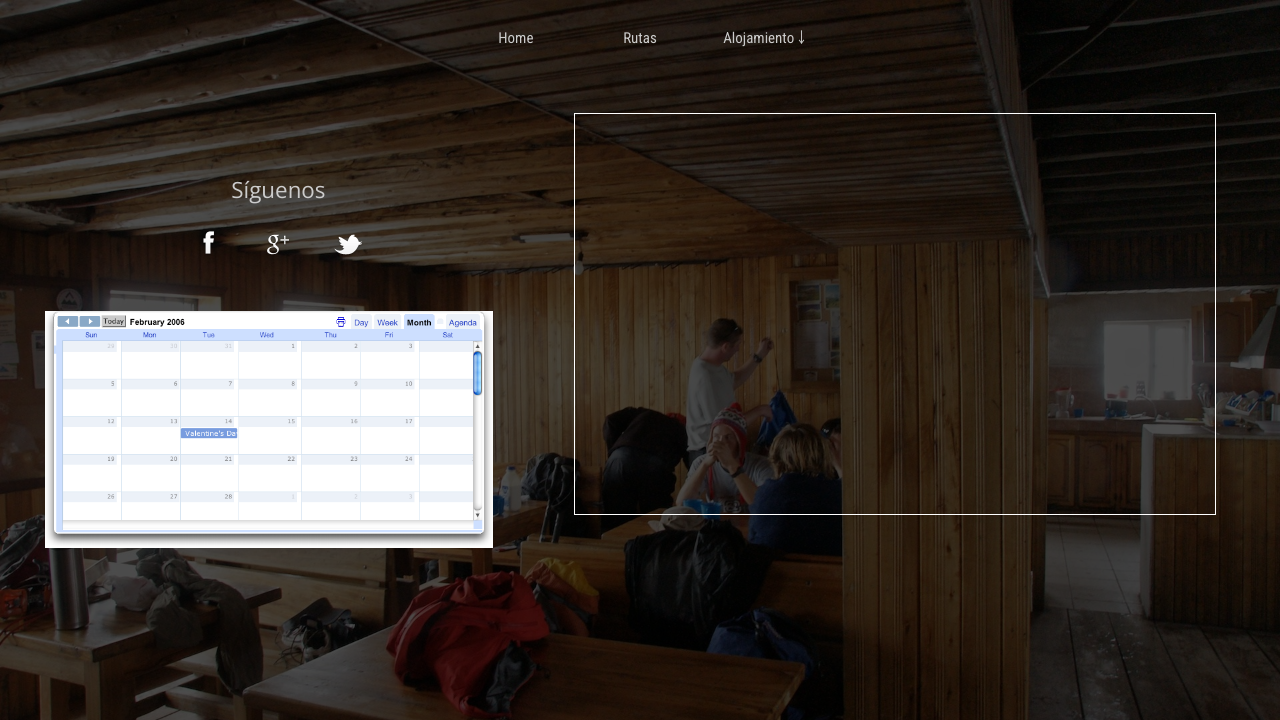
Repository: Croqueta-OPS/proyecto-pyrenees
Page: alojamiento.html
The author's editor kept a record of every edit. The page is drawn from the files as they stood at one moment, then again after the next edit.
The browser window is 1280 px wide. The pictures show the whole page.

Above is the page before.

### alojamiento.html
<!DOCTYPE html>
<html lang="es">

	<head>
		<meta charset="utf-8">
		<title>Pyrenoise - Alojamiento</title>

	    <link rel="stylesheet" href="css/menu.css">
        <link rel="stylesheet" href="css/camping.css">

	    <link href='https://fonts.googleapis.com/css?family=Roboto+Condensed:400,700|Open+Sans' rel='stylesheet' type='text/css'>

    </head>

	<body>

	    <img class="fondoNegro" src="../img/fondo_negro.png" />

		<div class="container">

    		<div class="navegador">

    			<label for="show-menu" class="show-menu">Menú</label>
    			<input type="checkbox" id="show-menu" role="button">

    			<ul id="menu">

    				<li><a href="#">Home</a></li>
    				<li><a href="rutas.html">Rutas</a></li>

    				<li class="visible">

    					<a href="#">Alojamiento ￬</a>

    					<ul class="hidden">
    						<li><a href="#">Camping</a></li>
    						<li><a href="#">Refugio</a></li>
    					</ul>

    				</li>

    				<li class="escondido"><a href="#">Camping</a></li>
    				<li class="escondido"><a href="#">Refugio</a></li>

    			</ul>

    		</div>

    		<div class="leftContainer">

    		    <div class="redesSociales">

    		        <p>Síguenos</p>

    		        <div class="imgRedes">

    		            <img src="../img/facebook.png" />
    		            <img src="../img/google+.png" />
    		            <img src="../img/twitter.png" />

    		        </div>

    		    </div>

    		    <div class="calendario">
    		        <img src="../img/google-calendar-february.png" />
    		    </div>

    		</div>

    		<div class="rightContainer">

    		</div>

		</div>

	</body>

</html>

### css/menu.css
/*Aquí comienzan los estilos del navegador--------------------*/
.navegador{
    width: 100%;
    height: 100px;
	z-index: 999;
	position: relative;
}

/*Strip the ul of padding and list styling*/
.navegador ul {
	list-style-type:none;
	padding:0;
	text-align: center;
	position: absolute;
}

#menu{
	width: 100%;
}

.escondido{
    display:none;
}

/*Crea una lista horizontal con el margen*/
li {
	display:inline-block;
}

/*Estilos para los enlaces del menú*/
li a {
	display:block;
	min-width:120px;
	height: 40px;
	line-height: 50px;
	font-family: 'Roboto Condensed', sans-serif;
	font-size: 15px;
	font-weight: 400;
	color: #140A00;
	text-decoration: none;
	-webkit-transition: all 0.2s ease-in-out 0s;
	transition: all 0.2s ease-in-out 0s;
}

/*Estilo Hover para los enlaces principales*/
li:hover a {
	color: #FFFFD1;
}

/*Estilo hover para los botones secundarios*/
li:hover ul a {
	color: #fff;
	height: 30px;
	line-height: 30px;
}

/*Hover para los enlaces secundarios*/
li:hover ul a:hover {
	color: #FFFFD1;
}

/*Esconder los botones secundarios*/
li ul {
   display: none;
}

/*Hacer los botones extensibles que se muestren en vertical*/
li ul li {
    width: 10%;
	display: block;
	float: none;
}

/*Evitar que el texto se monte*/
li ul li a {
	width: auto;
	min-width: 80px;
	padding: 0 20px;
}

/*Mostrar los enlaces extensibles*/
ul li a:hover + .hidden, .hidden:hover {
	display: block;
}

/*Estilo para el botón 'muestra menú'*/
.show-menu {
	font-family: "Helvetica Neue", Helvetica, Arial, sans-serif;
	text-decoration: none;
	color: #fff;
	background: #19c589;
	text-align: center;
	padding: 10px 0;
	display: none;
}

/*Ocultar checkbox*/
input[type=checkbox]{
    display: none;
}

/*Show menu when invisible checkbox is checked*/
input[type=checkbox]:checked ~ #menu{
    display: block;
}
/*************************************************/

/*Estilos para que el menú sea Responsive*/
@media screen and (max-width : 600px){
    body{
    	background-image: url(../img/mountain1.jpg);
    }

    .navegador {
    	width: 100%;
    	margin-left: 0;
    	z-index:1001;
    }

    .navegador ul {
        width: 100%;
        margin: 0 auto;
    	list-style-type:none;
    	padding:0;
    	position: absolute;
    }

	/*Hacer que los botones aparezcan en línea*/
	ul {
		position: static;
		display: none;
	}
	/*Crea un espaciado vertical*/
	li {
		margin-bottom: 1px;
	}
	/*Damos una anchura total a todos los elementos del menú*/
	ul li, li a {
		width: 100%;
	}
	/*Muestra los enlaces de 'show menu'*/
	.show-menu {
		display:block;
	}
	li a {
		background-color: #2f3036;
	}
	li:hover a {
		background-color: #f3f3f3;
		color: #FFFFD1;
	}

    .escondido{
        display:block;
    }
    .visible{
        display:none;
    }
}

### css/camping.css
html, body {
    height: 100%;
    margin: 0;
    padding: 0;
    font-family: 'Open Sans', sans-serif;
    color: #CCCCCC;
}

body {
    background-image: url('../img/refugio.jpg');
    background-size: 100%;
    background-repeat: no-repeat;
}

.navegador {
    margin-top: 0;
}

.navegador ul {
    margin-top: 1%;
}

.navegador a {
    color: #CCCCCC;
}

.fondoNegro {
    position: absolute;
    -webkit-filter: opacity(0.7);
    width: 100%;
    height: 100%;
}

.container {
    position: relative;
}

.leftContainer {
    margin-top: 4%;
    width: 35%;
    float: left;
    margin-left: 2.5%;
    height: 400px;
}

.rightContainer {
    margin-top: 1%;
    width: 50%;
    float: right;
    margin-right: 5%;
    height: 400px;
    border: 1px solid white;
}

.redesSociales {
    width: 90%;
    margin-left: 10%;
    font-size: 140%;
    text-align: center;
}

.redesSociales img {
    padding: 0 4%;
}

.calendario {
    margin-top: 10%;
}

.calendario img {
    margin-left: 3%;
    width: 100%;
}



@media screen and (max-width : 600px){





}

After the next edit:
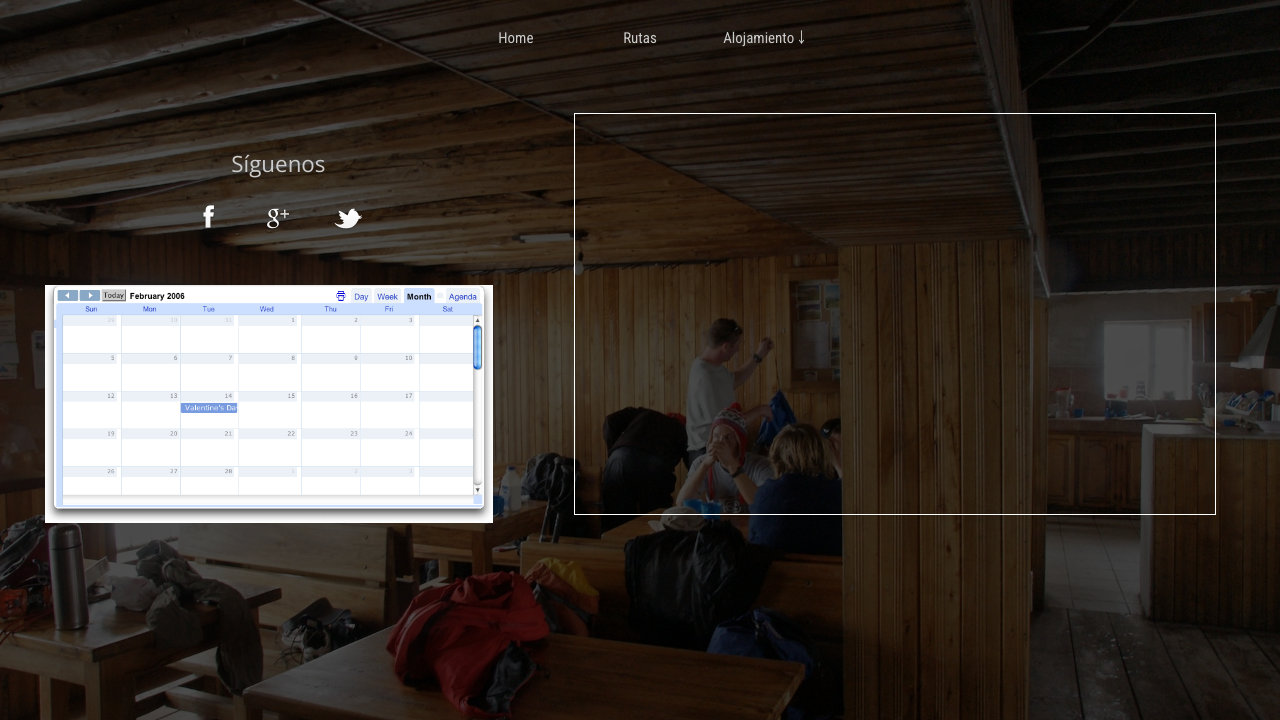
The edit:
--- a/css/camping.css
+++ b/css/camping.css
@@ -36,7 +36,7 @@
 }
 
 .leftContainer {
-    margin-top: 4%;
+    margin-top: 2%;
     width: 35%;
     float: left;
     margin-left: 2.5%;
